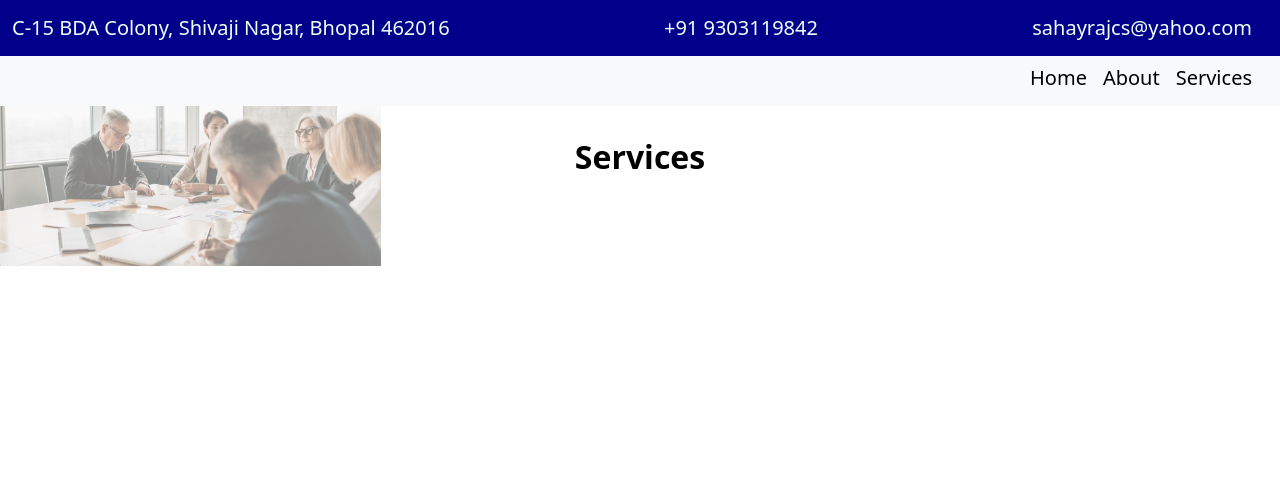
Repository: aayushiss/CS-RSS
Page: services.html
The author's editor kept a copy of each file at every save. The page is drawn from the files as they stood at one save, then again after the next save.
The browser window is 1280 px wide. The pictures show the whole page.

Above is the page before, as saved 2025-05-16 00:05:04.

After the next save:
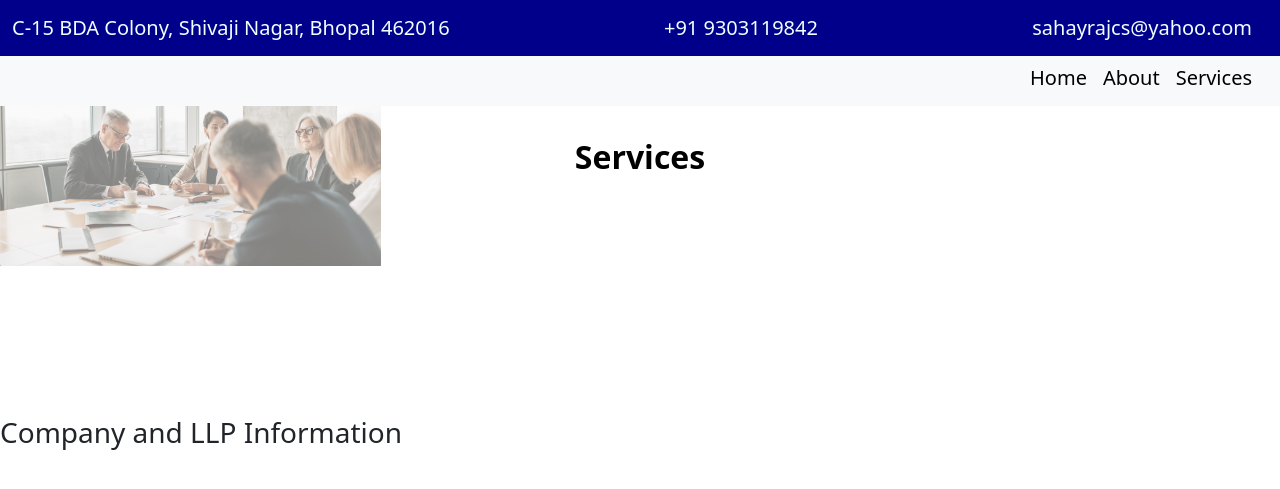
Saved 25 s later.
--- a/services.html
+++ b/services.html
@@ -34,6 +34,7 @@
       Services
     </h2>
   </div>
+  <h3>Company and LLP Information</h3>
 
 </body>
 </html>
